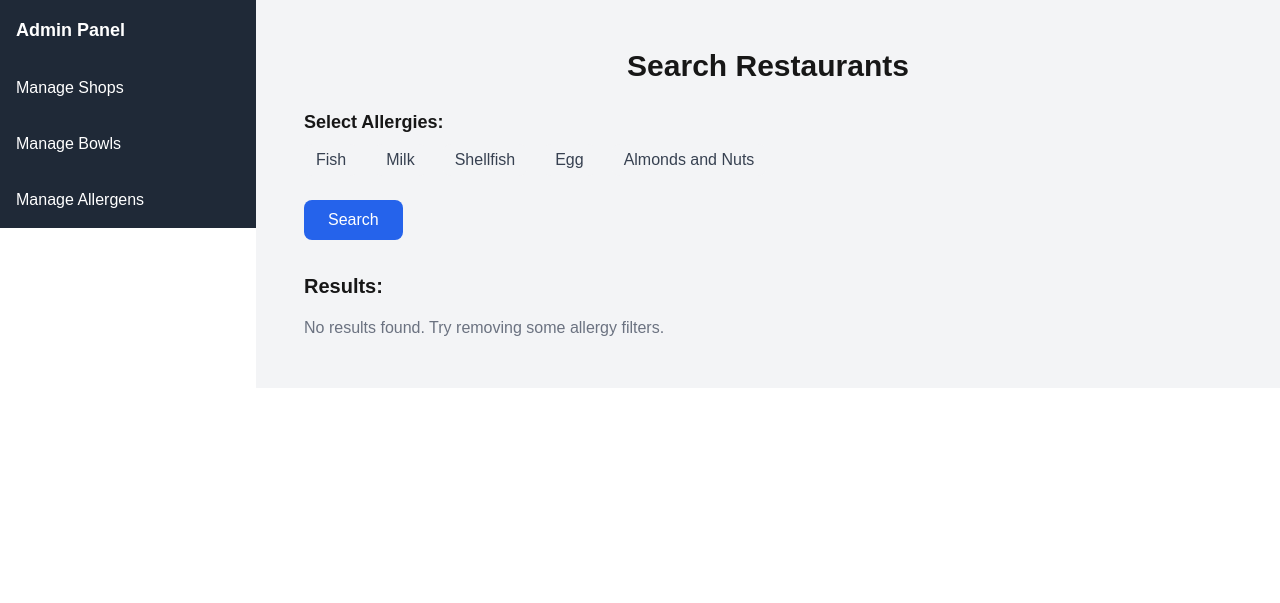
Repository: komuro-zero/ramen_dashboard
Page: /
These files come from the project's save history. The page is drawn as it stood at one moment and after the next save; the edit follows.
The browser window is 1280 px wide. The pictures show the whole page.
The project was rebuilt for these pictures with package versions that can differ from the ones it lists, and the page was loaded fresh each time. The framework's server and built-in components were replaced by stand-ins that run in the browser. Also part of the build but not shown: next.config.ts.

Above is the page before, as saved 2025-01-20 22:34:31.

### app/layout.tsx
import "./globals.css";
import Sidebar from "@/components/Sidebar";

export const metadata = {
  title: "Ramen Dashboard",
  description: "Filter restaurants and manage ramen information",
};

export default function RootLayout({
  children,
}: {
  children: React.ReactNode;
}) {
  return (
    <html lang="en">
      <body className="flex">
        <Sidebar />
        <main className="flex-1 p-6 bg-gray-100">{children}</main>
      </body>
    </html>
  );
}

### app/page.tsx
"use client";

import { useState } from "react";

export default function SearchPage() {
  const [allergies, setAllergies] = useState<string[]>([]);
  const [results, setResults] = useState<any[]>([]);

  const allergyOptions = ["Fish", "Milk", "Shellfish", "Egg", "Almonds and Nuts"];

  const toggleAllergy = (allergy: string) => {
    setAllergies((prev) =>
      prev.includes(allergy) ? prev.filter((a) => a !== allergy) : [...prev, allergy]
    );
  };

  const fetchResults = async () => {
    try {
      const response = await fetch(`/api/search?allergies=${allergies.join(",")}`);
      const data = await response.json();
      setResults(data);
    } catch (error) {
      console.error("Error fetching results:", error);
    }
  };

  const isShopUnavailable = (ramenBowls: any[]) => {
    return ramenBowls.every((bowl) =>
      bowl.allergens.some((allergen: any) => allergies.includes(allergen.name))
    );
  };

  return (
    <div className="p-6">
      <h1 className="text-3xl font-bold mb-6 text-center">Search Restaurants</h1>

      <div className="mb-6">
        <h2 className="text-lg font-semibold mb-2">Select Allergies:</h2>
        <div className="flex flex-wrap gap-4">
          {allergyOptions.map((allergy) => (
            <button
              key={allergy}
              onClick={() => toggleAllergy(allergy)}
              className={`px-3 py-1 rounded-lg cursor-pointer
                ${allergies.includes(allergy)
                  ? "bg-blue-600 text-white"
                  : "bg-gray-100 text-gray-700"
                }
                hover:bg-blue-500 hover:text-white`}
            >
              {allergy}
            </button>
          ))}
        </div>
      </div>

      <button
        onClick={fetchResults}
        className="px-6 py-2 bg-blue-600 text-white rounded-lg hover:bg-blue-700"
      >
        Search
      </button>

      <div className="mt-8">
        <h2 className="text-xl font-semibold mb-4">Results:</h2>
        {results.length > 0 ? (
          <div className="grid grid-cols-1 md:grid-cols-2 lg:grid-cols-3 gap-6">
            {results.map((shop) => {
              const unavailable = isShopUnavailable(shop.ramen);
              return (
                <div
                  key={shop.id}
                  className={`border rounded-lg shadow-md p-4 bg-white ${unavailable ? "opacity-50" : ""
                    }`}
                >
                  <h3 className="text-lg font-bold mb-2">
                    {shop.name} {unavailable && "🚫"}
                  </h3>
                  <p className="text-gray-500 mb-4">{shop.address}</p>
                  <h4 className="text-md font-semibold mb-2">Ramen Bowls:</h4>
                  <ul className="space-y-2">
                    {shop.ramen.map((bowl) => (
                      <li
                        key={bowl.id}
                        className={`p-2 rounded-lg ${bowl.allergens.some((allergen: any) =>
                          allergies.includes(allergen.name)
                        )
                          ? "bg-red-100 text-red-600"
                          : "bg-green-100 text-green-600"
                          }`}
                      >
                        <div className="font-medium">{bowl.name}</div>
                        {bowl.allergens.length > 0 && (
                          <div className="text-sm">
                            Allergens: {bowl.allergens.map((a) => a.name).join(", ")}
                          </div>
                        )}
                        {bowl.allergens.length === 0 && (
                          <div className="text-sm">No allergens 🎉</div>
                        )}
                      </li>
                    ))}
                  </ul>
                </div>
              );
            })}
          </div>
        ) : (
          <p className="text-gray-500">No results found. Try removing some allergy filters.</p>
        )}
      </div>
    </div>
  );
}

### app/globals.css
@tailwind base;
@tailwind components;
@tailwind utilities;

/* Default light mode */
:root {
  --background: #ffffff;
  --foreground: #171717;
}

/* Dark mode overrides */
body.dark {
  --background: #0a0a0a;
  --foreground: #ededed;
}

body {
  background: var(--background);
  color: var(--foreground);
  font-family: Arial, Helvetica, sans-serif;
}

### components/Sidebar.tsx
import Link from "next/link";

export default function Sidebar() {
    return (
        <div className="w-64 h-full bg-gray-800 text-white flex flex-col">
            <h2 className="text-lg font-bold p-4">Admin Panel</h2>
            <nav className="flex flex-col">
                <Link href="/manage/shops" className="p-4 hover:bg-gray-700">
                    Manage Shops
                </Link>
                <Link href="/manage/bowls" className="p-4 hover:bg-gray-700">
                    Manage Bowls
                </Link>
                <Link href="/manage/allergens" className="p-4 hover:bg-gray-700">
                    Manage Allergens
                </Link>
            </nav>
        </div>
    );
}

Loaded but not shown: tailwind.config.ts (common file)

After the next save:
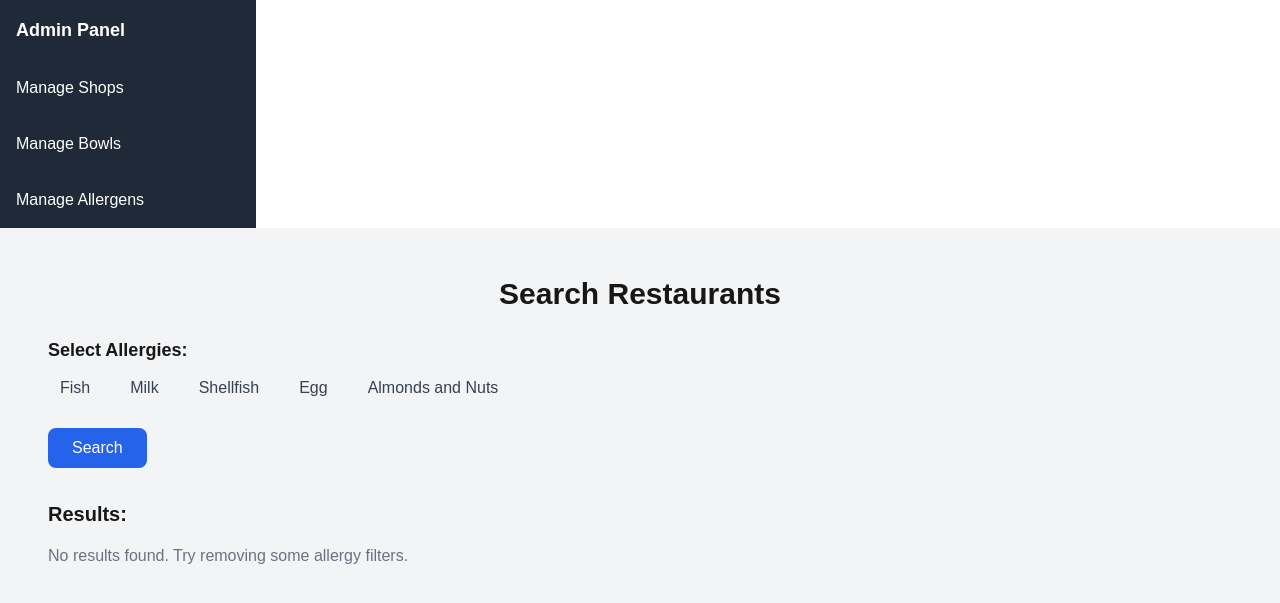
Saved 2 min 11 s later.
--- a/app/globals.css
+++ b/app/globals.css
@@ -10,12 +10,21 @@
 
 /* Dark mode overrides */
 body.dark {
+  height: 100%;
+  margin: 0;
   --background: #0a0a0a;
   --foreground: #ededed;
 }
 
 body {
+  height: 100%;
+  margin: 0;
   background: var(--background);
   color: var(--foreground);
   font-family: Arial, Helvetica, sans-serif;
 }
+
+html body {
+  display: flex;
+  flex-direction: column;
+}
